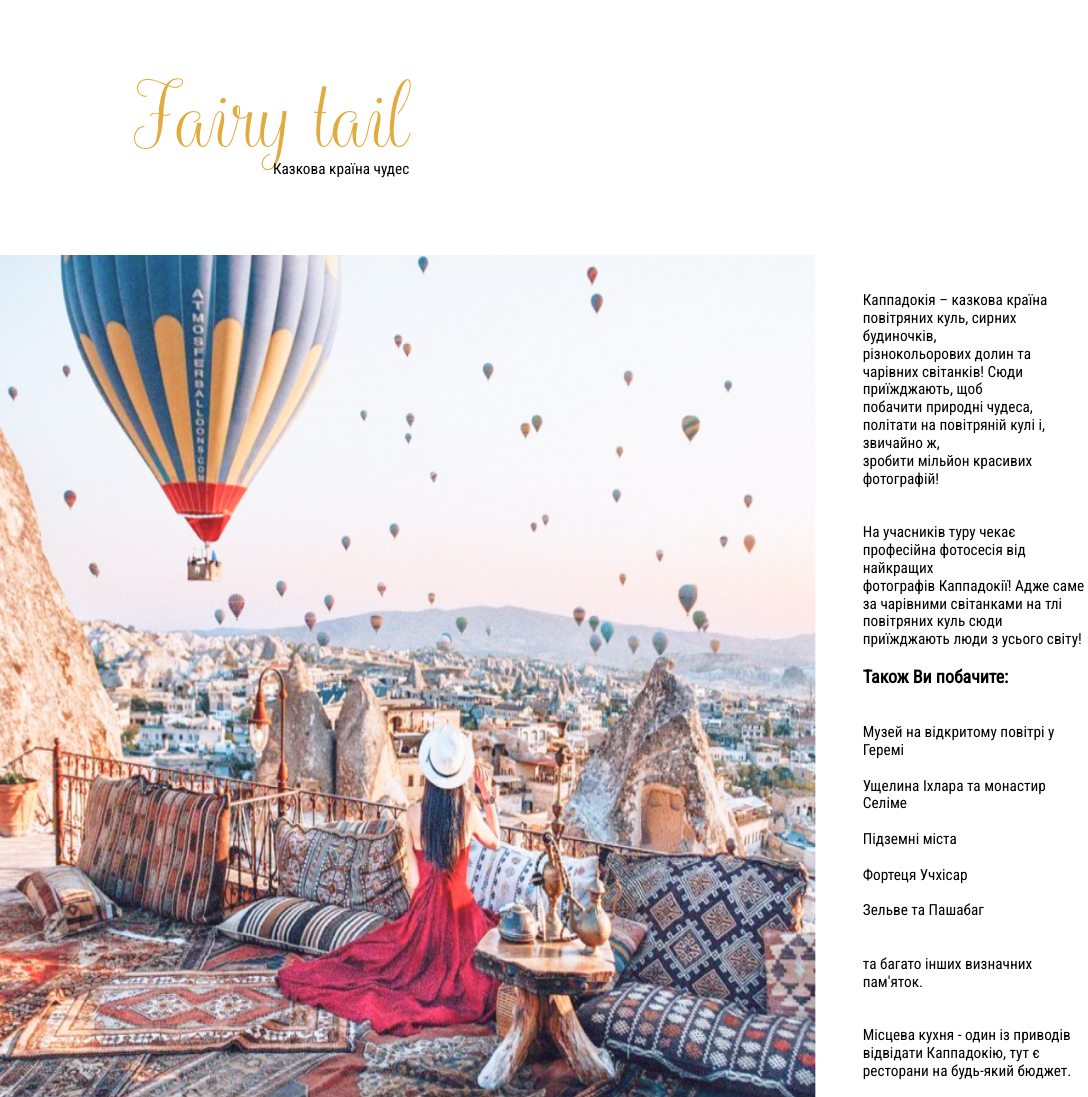
Repository: KYUUBI-K/cappadocia
Page: index.html
An editor plug-in stored every save of this project. The page is shown before and after the next save, followed by the edit.
The browser window is 1280 px wide. The pictures show the part of the page from y = 720 to 2011 px (the page is 2011 px tall), at 85% of full size.

Above is the page before, as saved 2025-08-17 19:27:39.

After the next save:
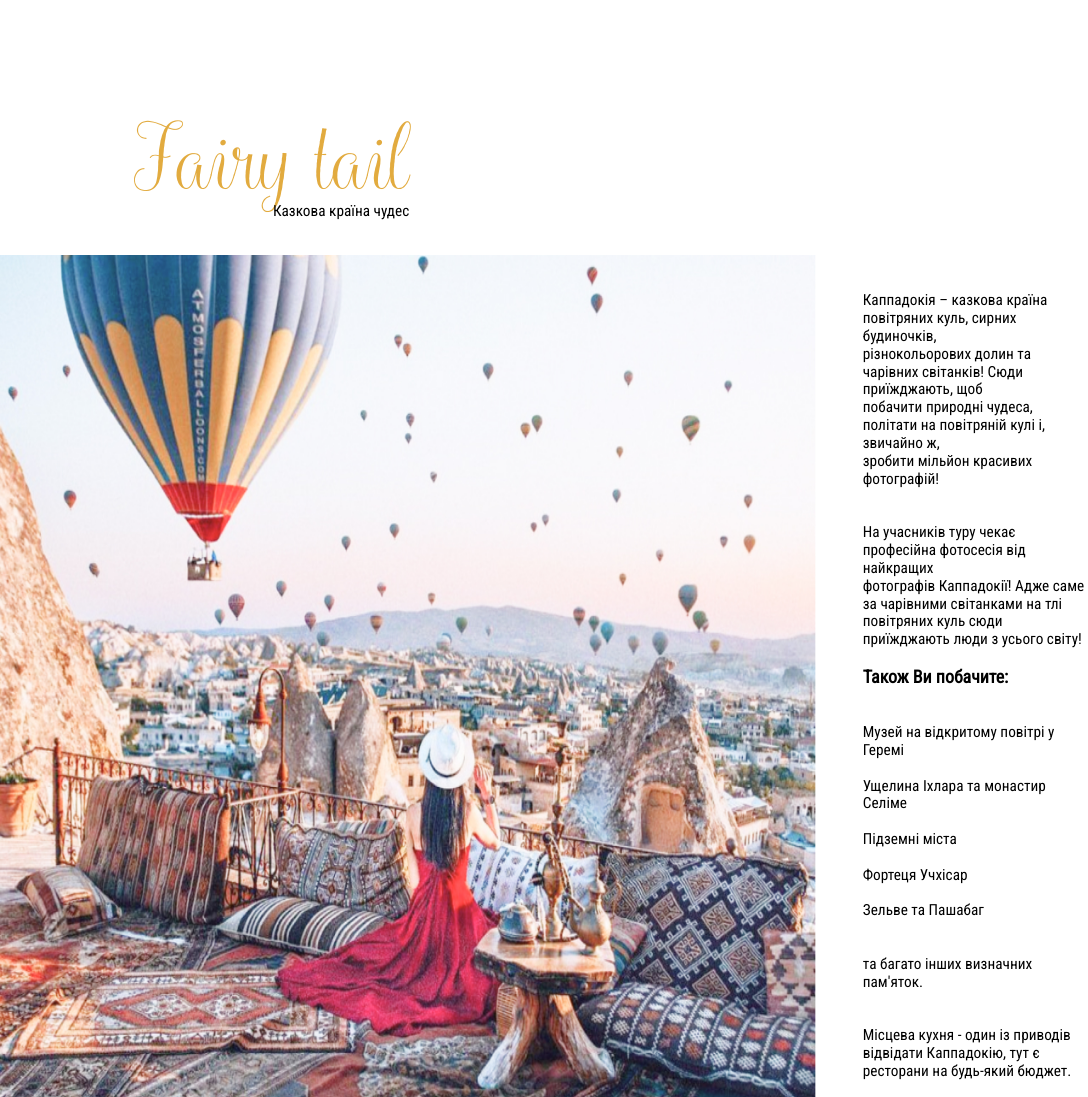
Saved 10 s later.
--- a/styles.css
+++ b/styles.css
@@ -187,7 +187,6 @@ body {
   /* text-align: center; */
   align-items: flex-end;
   flex-direction: column;
-  padding-bottom: 100px;
 }
 .section-title-text {
   font-family: var(--font-family-accent);
